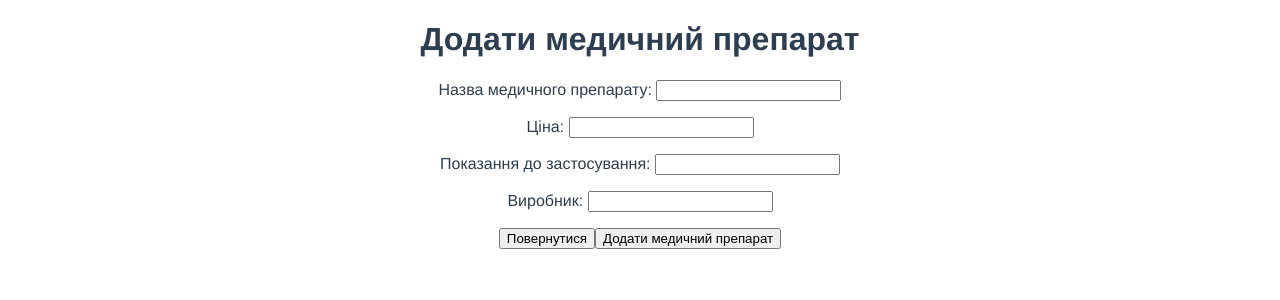
Repository: kristinap8/pharmacy
Page: /add_medicine
The author's editor kept a copy of each file at every save. The page is drawn from the files as they stood at one save, then again after the next save.
The browser window is 1280 px wide. The pictures show the whole page.
The project was rebuilt for these pictures with package versions that can differ from the ones it lists, and the page was loaded fresh each time. Also part of the build but not shown: src/components/EditMedicineForm/index.vue, src/pages/EditMedicine/index.vue, src/components/MedicinesList/MedicineCard/index.vue, src/components/MedicinesList/index.vue, src/pages/AllMedicines/index.vue, src/components/CartForm/index.vue, src/pages/Cart/index.vue.

Above is the page before, as saved 2020-12-09 23:31:57.

### src/main.js
import Vue from 'vue'
import App from './App.vue'
import router from "./router"
import store from "./store"

Vue.config.productionTip = false

new Vue({
  store,
  router,
  render: h => h(App),
}).$mount('#app')

### src/App.vue
<template>
  <div id="app">
    <router-view/>
  </div>
</template>

<script>
export default {
  name: "App",
  components: {},
};
</script>

<style>
#app {
  font-family: Avenir, Helvetica, Arial, sans-serif;
  -webkit-font-smoothing: antialiased;
  -moz-osx-font-smoothing: grayscale;
  color: #2c3e50;
}
</style>

### src/router.js
import Vue from "vue";
import VueRouter from "vue-router";
import AddMedicine from "@/pages/AddMedicine";
import EditMedicine from "@/pages/EditMedicine";
import AllMedicines from "@/pages/AllMedicines";
import Cart from "@/pages/Cart";

Vue.use(VueRouter);

const routes=[
    {
        path:'/',
        name:'all-medicines',
        component:AllMedicines
    },
    {
        path:'/edit_medicine/:medicine_id',
        name:'edit-medicine',
        component:EditMedicine
    },
    {
        path:'/add_medicine',
        name:'add-medicine',
        component:AddMedicine
    },
    {
        path:'/cart',
        name:'cart',
        component:Cart
    },

]

const router=new VueRouter({
    mode:"history",
    routes
});

export default router;

### src/store/index.js
import Vue from "vue";
import Vuex from "vuex";
import { v4 as uuid_v4 } from 'uuid'

Vue.use(Vuex)
const store=new Vuex.Store({
    state:{
      medicinesList:[
          {
              id:1,
              name:'Но-шпа',
              price:60.48,
              requirements:"Спазми гладкої мускулатури, пов'язані з захворюваннями біліарного тракту: холецистолітіаз, холангіолітіаз, холецистит, перихолецистит, холангіт, папіліт. Спазми гладкої мускулатури при захворюваннях сечового тракту: нефролітіаз, уретролітіаз, пієліт, цистит, тенезми сечового міхура.",
              maker:"Chinoin (Угорщина)"

          },
          {
            id:2,
            name:"Діазолін",
            price:19.19,
            requirements:"Профілактика і лікування сезонного та алергічного риніту, полінозу, кропив'янки, харчової та медикаментозної алергії, дерматозів, що супроводжуються свербежем шкіри (екзема, нейродерміт).",
            maker:"Фармак ОАО (Україна, Київ)"

        },
        {
            id:3,
            name:"Амоксил",
            price:81.77,
            requirements:"Інфекції органів дихання, сечостатевої системи, травного тракту (у тому числі у комбінації з метронідазолом або кларитроміцином застосовують для лікування захворювань, асоційованих із Helicobacter pylori), шкіри та м’яких тканин, спричинені чутливими до лікарського засобу мікроорганізмами.",
            maker:"Киевмедпрепарат ОАО (Україна, Київ)"

        }
      ],
      cart:[],
      cartItemsCount:0
    },
    mutations:{
        addMedicine(state, data) {
            state.medicinesList.push({
             id: uuid_v4(),
             ...data,
           })
         },
         deleteMedicine(state,id){
             let medicines=state.medicinesList.filter(medicine=>medicine.id!=id)
             state.medicinesList=medicines;
         },
         editMedicine(state,medicine){
             state.medicinesList.forEach(m=>{
                 if(m.id==medicine.id){
                     m=medicine;
                 }
             } )
         },
         addToCart(state,medicine){
            let isMedicineExists=state.cart.find(m => m.id == medicine.id);

            if (isMedicineExists) {
                isMedicineExists.quantity ++;
                isMedicineExists.totalPrice = (isMedicineExists.quantity * isMedicineExists.price).toFixed(2);
            } else {
                state.cart.push(medicine);

                Vue.set(medicine, 'quantity', 1);
                Vue.set(medicine, 'totalPrice', medicine.price);
            }
             state.cartItemsCount++
         },
         deleteItemFromCart(state,medicine){
            let index = state.cart.indexOf(medicine);
            if (index > -1) {
                let item= state.cart[index];
                state.cartItemsCount -= item.quantity;
                state.cart.splice(index, 1);
            }
         }
    },
    actions:{
        addMedicine({ commit }, medicine) {
            commit('addMedicine', medicine)
         },
          deleteMedicine({commit},id){
              commit('deleteMedicine',id)
          },
          editMedicine({commit},medicine){
              commit('editMedicine',medicine)
          },
          addToCart({commit},medicine){
              commit('addToCart',medicine)
          },
          deleteItemFromCart({commit},medicine){
              commit("deleteItemFromCart",medicine)
          }

    },
    getters:{
        getMedicines:(state)=> state.medicinesList,
        getMedicineById:(state)=>(id)=>{return state.medicinesList.find(m=>m.id===id)},
        getMedicinesInCart:(state)=>state.cart,
     },
    modules:{

    }
})

export default store

### src/pages/AddMedicine/index.vue
<template>
    <div>
       <add-medicine-form/>
    </div>
</template>

<script>
import AddMedicineForm from "../../components/AddMedicineForm"
    export default {
        name:"AddMedicine",
        components: {
            AddMedicineForm,
        },
    }
</script>

<style lang="scss" scoped>

</style>

### src/components/AddMedicineForm/index.vue
<template>
    <div class="form">
        <h1>Додати медичний препарат</h1>
      <p class="form-row">
    <label>
        Назва медичного препарату:
        <input type="text" v-model="name"/>
    </label>
    </p>
    <p class="form-row">
    <label>
        Ціна:
        <input type="number" v-model="price"/>
    </label>
    </p>
    <p class="form-row">
    <label>
        Показання до застосування:
        <input type="text" v-model="requirements"/>
    </label>
    </p>
    <p class="form-row">
    <label>
        Виробник:
        <input type="text" v-model="maker"/>
    </label>
    </p>
    <p>
    <router-link to="/" tag="button" >Повернутися</router-link>
    <button @click="onAddMedicine" >
        Додати медичний препарат
    </button>
    </p>
    </div>
</template>

<script>
import { mapActions } from 'vuex'

    export default {
        name:"AddMedicineForm",
        data() {
            return {
            name: null,
            price: null,
            requirements: null,
            maker: null,
            }
        },
        methods: {
            ...mapActions(['addMedicine']),
            onAddMedicine() {
                const{name,price,requirements,maker}=this
                this.addMedicine({
                    name,
                    price,
                    requirements,
                    maker
                })
                this.$router.push('/')
            }
        },
    }
</script>

<style lang="scss" scoped>
.form{
    text-align: center;
}
.form-row {
  display: flex;
  justify-content:center
}

</style>

Loaded but not shown: public/index.html (common file)

After the next save:
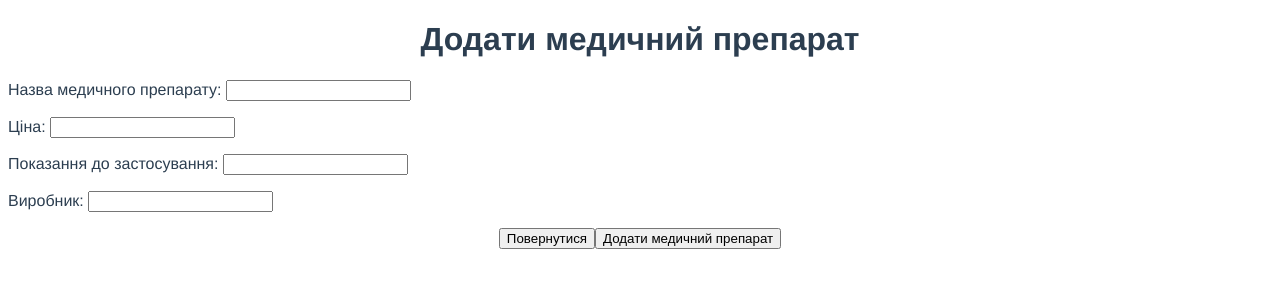
Saved 18 s later.
--- a/src/components/AddMedicineForm/index.vue
+++ b/src/components/AddMedicineForm/index.vue
@@ -69,7 +69,7 @@ import { mapActions } from 'vuex'
 }
 .form-row {
   display: flex;
-  justify-content:center
+  justify-content:flex-start
 }
 
 </style>
